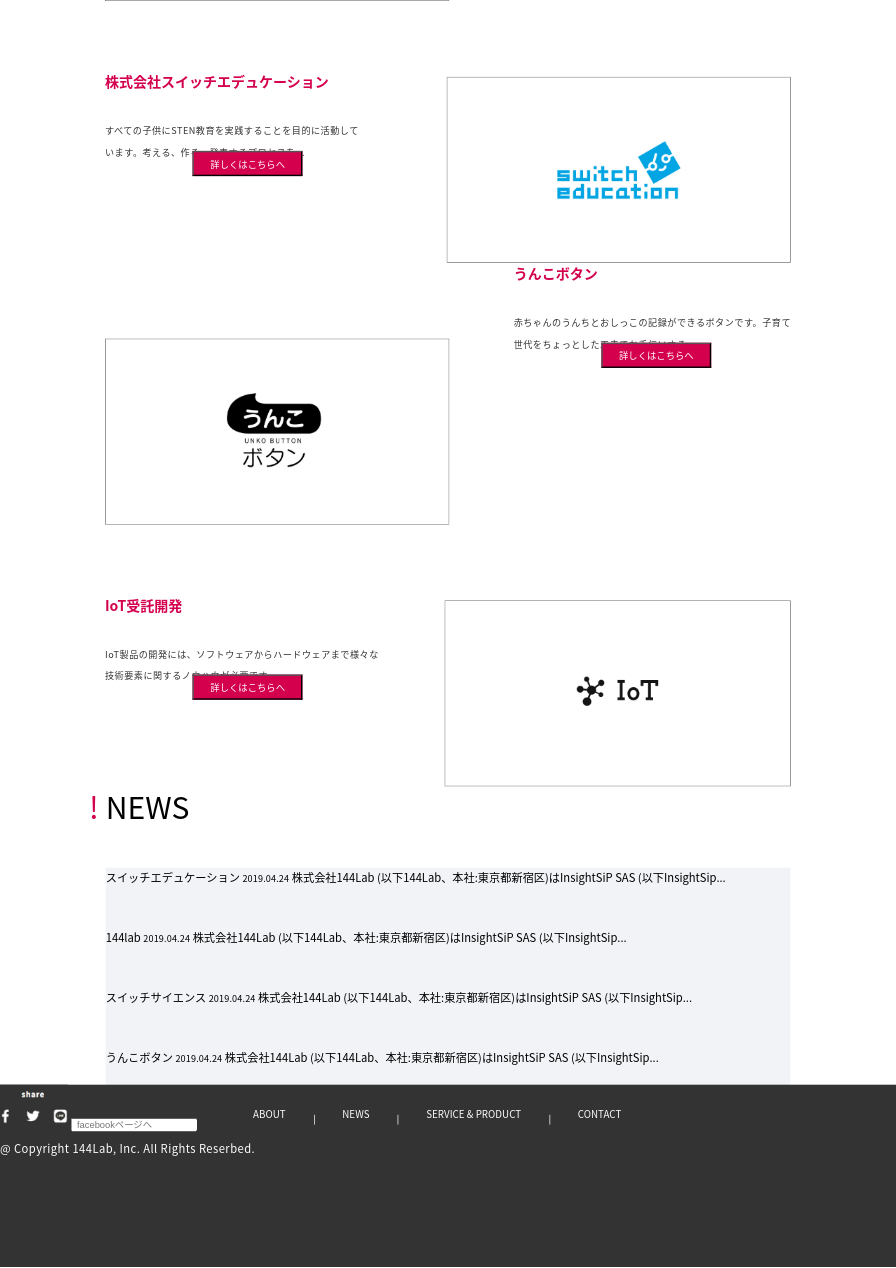
Repository: ppmp556/light-up
Page: index.html
An editor plug-in stored every save of this project. The page is shown before and after the next save, followed by the edit.
The browser window is 1280 px wide. The pictures show the part of the page from y = 1751 to 3671 px (the page is 3562 px tall before and 3671 px after), at 70% of full size.

Above is the page before, as saved 2019-12-09 22:39:41.

### index.html
<!DOCTYPE html>
<html lang="ja">
    <head>
        <meta charset="UTF-8">
        <meta name="viewport" content="width=device-width, initial-scale=1.0">
        <link rel="stylesheet" href="main.css/main.css"  type="text/css">
        <link rel="img" href="images">
        <title>模写</title>
    </head>
    <body>
        <header class="header">
                <img id="greenbox" src="images/グループ 127.png">
                <img id="small-redbox" src="images/グループ 152.png">
                <img id="redboxs" src="images/グループ 148.png">
                <img id="small-yellowbox" src="images/グループ 149.png">
                <img id="gray-boxs" src="images/グループ 150.png">
                <img id="middle-redbox" src="images/グループ 151.png">
                <img id="big-redbox" src="images/グループ 153.png">
                <img id="graybox" src="images/グループ 147.png">
                <nav class="global-nav">

                        <img class="nav-logo" src="images/yEVqXX.png">
                        <ul class="nav-itembox">
                            <li><a href="#">ABOUT<br><span class="small">企業情報</span></a></li>
                            <li><a href="#">NEWS<br><span class="small">ニュース</span></a></li>
                            <li><a href="#">SERVICE & PRODUCT<br><span class="small">サービス&製品情報</span></a></li>
                            <li><a href="#">CONTACT<br><span class="small">お問い合わせ</span></a></li>
                        </ul>
                </nav>

                    <h1 class="site-title"><a href="#">Light Up  <br>Your <br>Science </a></h1>
                    <p class="site-title-sub">- 科学をともそう -<br>
                                                <span class="small2">イチヨンヨンラボ</span></p>

        </header>
             <div class="about">
              <div class="about-container">
                <h2 class="about-title">ABOUT</h2>
                <div class="about-box">
                                    <p class="about-text">私たちの社会は、10年前、100年前、あるいは1000年前よりも確実に進化しています。科学こそが社会を進化させ、幸せを
                                        つくり出したのだと信じています。科学は与えられるものではなく、私たち自身が開拓し、進化させていくものです。144Labは、
                                        科学に触れ、さらなる開拓と進化に参加する人々を、ちょっとだけお手伝いします。
                                    </p>
                 </div>
                 <button class="redbutton">企業情報</button>
                </div>
            </div>

            <div class="product">
                <div class="product-title">SERVICE & PRODUCT</div>
                <ul class="product-wrapper">
                        <li class="product-box">
                            <img class="product-image-switch" src="images/logo-switch_science.png">
                            <div class="product-red">株式会社スイッチサイエンス
                                <p class="product-text">
                                    最先端のテクノロジーを、より多くの人々が道具として当たり<br>
                                    前に使える世界を目指して活動しています...
                                </p>
                                <button class="redbutton2">詳しくはこちらへ</button>
                            </div>
                        </li>
                        <li class="product-box">
                            <img class="product-image-education" src="images/logo-switch_education.png">
                            <div class="product-red2">株式会社スイッチエデュケーション
                            <p class="product-text">

                                すべての子供にSTEN教育を実践することを目的に活動して<br>
                                います。考える、作る、発表するプロセスを...

                            </p>
                            <button class="redbutton2">詳しくはこちらへ</button>
                            </div>
                        </li>
                        <li class="product-box">
                            <img class="product-image-fit" src="images/main_3648.fit-scale.png">
                            <div class="product-red">うんこボタン
                            <p class="product-text">
                                赤ちゃんのうんちとおしっこの記録ができるボタンです。子育て<br>
                                世代をちょっとした工夫でお手伝いする...
                            </p>
                            <button class="redbutton2">詳しくはこちらへ</button>
                           </div>
                        </li>
                        <li class="product-box">
                            <img class="product-image-iot" src="images/グループ 183.png" alt="">
                            <div class="product-red2">IoT受託開発
                            <p class="product-text">
                                IoT製品の開発には、ソフトウェアからハードウェアまで様々な<br>
                                技術要素に関するノウハウが必要です...

                            </p>
                            <button class="redbutton2">詳しくはこちらへ</button>
                            </div>
                        </li>
                </ul>
        </div>
        <div class="news">
                <div class="news-title">NEWS</div>
                <ul class="list">
                    <li class="list-item">
                        <span class="category-education">スイッチエデュケーション</span>
                        <time class="date">2019.04.24</time>
                        <span class="title">株式会社144Lab (以下144Lab、本社:東京都新宿区)はInsightSiP SAS (以下InsightSip...</span>
                    </li>
                    <li class="list-item">
                        <span class="category-lab">144lab</span>
                        <time class="date">2019.04.24</time>
                        <span class="title">株式会社144Lab (以下144Lab、本社:東京都新宿区)はInsightSiP SAS (以下InsightSip...</span>
                    </li>
                    <li class="list-item">
                        <span class="category-sience">スイッチサイエンス</span>
                        <time class="date">2019.04.24</time>
                        <span class="title">株式会社144Lab (以下144Lab、本社:東京都新宿区)はInsightSiP SAS (以下InsightSip...</span>
                    </li>
                    <li class="list-item">
                        <span class="category-fit">うんこボタン</span>
                        <time class="date">2019.04.24</time>
                        <span class="title">株式会社144Lab (以下144Lab、本社:東京都新宿区)はInsightSiP SAS (以下InsightSip...</span>
                    </li>
                </ul>
        </div>
        <footer class="footer">
                <ul class="footer-itembox">
                    <li>ABOUT</li>
                    <li>NEWS</li>
                    <li>SERVICE & PRODUCT</li>
                    <li>CONTACT</li>
                </ul>
              <div class="share-search">
                <img class="share-logo" src="images/logo-kamome_engineering.png" alt="">
                <input class="search-input" type="text" name="search" placeholder="  facebookページへ">
                <p class="copyright">@ Copyright 144Lab, Inc. All Rights Reserbed.</p>
            </div>
            </footer>
    </body>
</html>

### main.css/main.css
/*CSS共通*/
@charset "UTF-8";



html, body, div, span, applet, object, iframe,
h1, h2, h3, h4, h5, h6, p, blockquote, pre,
a, abbr, acronym, address, big, cite, code,
del, dfn, em, img, ins, kbd, q, s, samp,
small, strike, strong, sub, sup, tt, var,
b, u, i, center,
dl, dt, dd, ol, ul, li,
fieldset, form, label, legend,
table, caption, tbody, tfoot, thead, tr, th, td,
article, aside, canvas, details, embed,
figure, figcaption, footer, header, hgroup,
menu, nav, output, ruby, section, summary,
time, mark, audio, video,img {
	margin: 0;
	padding: 0;
	border: 0;
	font-style:normal;
	font-weight: normal;
	font-size: 100%;
	vertical-align: baseline;
}
article, aside, details, figcaption, figure,
footer, header, hgroup, menu, nav, section {
	display: block;
}
html{overflow-y: scroll;}
blockquote, q {quotes: none;}
blockquote:before, blockquote:after,q:before, q:after {content: ''; content: none;}
input, textarea {margin: 0; padding: 0;}
ol, ul{list-style:none;}
table{border-collapse: collapse; border-spacing:0;}
caption, th{text-align: left;}
a:focus {outline:none;}

body {
    color: #000000;
    background-color: #ffffff;
    font-family: "Noto Sans CJK JP";
    width: 1280px;
    margin-right: auto;
    margin-left : auto;
}

*,*::before, *::after {
    box-sizing: border-box;
}

a:link, a:visited, a:hover, a:active { /*テキストデフォルト下線外し*/
    text-decoration: none;
}


/*css共通ここまで*/

/*オブジェクト*/

#greenbox {
    position: absolute;
    top: -176px;
    left: 150px;
    opacity: 5;

}
#small-redbox {
    position: absolute;
    top: 255.2px;
    left: 603.2px;
}
#redboxs {
   position: absolute;
   top: 222.31px;
   left: 372.97px;

}

#small-yellowbox {
    position: absolute;
    top: 599.7px;
    left: 832.48px;
}
#gray-boxs {
    position: absolute;
    top: 124.2px;
    left: 881.85px;
}
#middle-redbox {
    position: absolute;
    top: 205.6px;
    left: 452.24px;

}
#big-redbox {
    position: absolute;
    top: 266.3px;
    left: 532.3px;
}
#graybox {
    top: 604.4px;
    left: 77.1px;
    position: absolute;
}

/*オブジェクトここまで*/

/*header*/
.header {
    position: relative;
    max-width: 1280px;
    height: 793px;
    background-color: #ffffff;
    text-align: center;
    margin: 0 150px;
}

    /*サイトタイトル*/
    .site-title {
        position: absolute;
        top: 209.5px;
        text-align: left;
        font-size: 76px;
        font-family: 'ITC Avant Garde Gothic';
        line-height: 1.14;
        letter-spacing: 0.075em;
    }
    .site-title a {
        text-decoration: none;
        color: #d4004e;
    }
    /*サイトタイトルここまで*/
    /*サイトサブタイトル*/
    .site-title-sub {
        color: #d4004e;
        position: absolute;
        font-weight: bold;
        font-size: 16px;
        line-height: 1.875;
        letter-spacing: 0.4em;

        top: 507px;
        left: 5px;
    }

    .small2 {
        font-size: 12px;
        font-weight: bold;
        letter-spacing: 0.4em;
        line-height: 2.5px;
    }
    /*サイトサブタイトルここまで*/

/*グローバルナビゲーション*/
.global-nav { /*ナビ大枠*/
    position: relative;
    top: 59px;
    width: 974.5px;
    height: 77px;
    background-color: #ffffff;
    margin: 20px;
    box-shadow: 4px 4px 1px rgba(0, 0, 0, 0.16);
    box-sizing: border-box;
}


.nav-logo { /*ナビのロゴ*/
    width: 168px;
    height: 34px;
    position: absolute;
    top: 21px;
    left: 37px;
}

.nav-itembox { /*ナビメニュー*/
    position: absolute;
    display: flex;
    width: 607px;
    height: 35px;
    top: 21px;
    left:  321px;
    padding: 0;
    margin: 0;
}

.nav-itembox li { /*ナビテキスト*/
    list-style: none;
    text-align: center;
    font-size: 14px;
    font-weight: normal;
    line-height: 1.5;
    flex-grow: 1; /*flexの余白分配比率指定*/
}

.nav-itembox  li + li:before { /*ナビの短い縦線,隣接セレクタ,疑似要素*/

    border-left: 1px solid #000000;
    position: absolute;
    display: block;
    content: "";
    top: 50%; /*縦方向に50%*/
    height: 14px;
    margin-top: -7px;

}

.small {
    font-size: 10px;


}


/*グローバルナビゲーションここまで*/

/*アバウトここから*/
.about {
    width: 1280px;
    height: 558px;
    position: relative;

}

.about-container {
    top: 107.1px;
    right: 151px;
    width: 977.95px;
    height: 332.28px;
    position: absolute;
}

.about-box {
    width: 953.95px;
    height: 282.5px;
    padding: 66px 55px 62.5px 66px;
    background-color: #f2f3f7;


}

.about-title {
    position: relative;
    font-size: 43px;
    line-height: 1.3;
    width: 137px;
    height: 57px;
    top: 36px;
}
.about-title::before {
    width: 9px;
    height: 60.41px;
    content: "! ";
    color: #D4004E;
    position: absolute;
    left: -23.9px;

}

.about-text {
    text-align: left;
    background-color: #f2f3f7;
    font-size: 17px;
    letter-spacing: 0.02em;
    line-height: 2.35;
    width: 833px;
    height: 154px;
}

button {
    background-color: #D4004E;
    color: #ffffff;
    font-family: "Noto Sans CJK JP";
}

.redbutton { /*赤ボタン大枠*/
    position: relative;
    font-size: 13px bold;

    justify-content: center;
    align-items: center;

    line-height: 1.3;
    left: 410.82px;
    width: 157.12px;
    height: 35.8px;
    display: inline-block;

    top: -17.9px;

}
.redbutton::before { /*疑似要素*/
    content: '';
    width: 5.31px;
    height: 5.31px;
    border-top: solid 1px #ffffff;
    border-right: solid 1px #ffffff;
    transform: rotate(45deg);/*rotateで要素回転指定,角度deg: 45°*/
    position: absolute;
    top: 50%;
    left: 139.9px;
}

/*アバウトここまで*/

/*プロダクトここから*/

.product { /*プロダクト大枠*/
    position: relative;
    width: 980px;
    height: 1430.28px;
    left: 150px;


}
.product-title { /*プロダクトタイトル*/
    position: relative;
    font-size: 43px;
    line-height: 1.3;
    margin-bottom: 60px;

}

.product-title::before { /*疑似要素*/
    width: 9px;
    height: 60.41px;
    content: "! ";
    color: #D4004E;
    position: absolute;
    left: -23.9px;

}

.product-wrapper {
    list-style: none;
}

.product-box {
    display: flex;
    justify-content: space-between;
}


li.product-box:nth-child(even) {
    flex-direction: row-reverse;
}
/*スイッチサイエンス*/
.product-image-switch {
    border: 1px solid #707070;
    background-color: #ffffff;
    padding: 74px 106px 75.6px 117px;
}
/*スイッチエデュケーション*/
.product-image-education {
    border: 1px solid #707070;
    background-color: #ffffff;
    margin-top: 107.6px;
    padding: 72px 105px;
}
/*うんこボタン*/
.product-image-fit {
    border: 1px solid #707070;
    background-color: #ffffff;
    margin-top: 107.6px;
    padding: 74px 106px 75.6px 117px;
}
/*IoT受託開発*/
.product-image-iot {
    border: 1px solid #707070;
    background-color: #ffffff;
    margin-top: 107.6px;
    padding: 108.1px 188.4px 114.1px 187.3px;

}

/*プロダクト会社名*/
.product-red {
    position: relative;
    color: #D4004E;
    font-size: 20px;
    font-weight: bold;
    flex-direction: column;


}
.product-red2 {
    color: #D4004E;
    font-size: 20px;
    font-weight: bold;
    flex-direction: column;
    padding-top: 100px;
}


.product-text {
    color: #333333;
    font-size: 13px;
    letter-spacing: 0.055em;
    line-height: 2.38;
    margin-top: 41px;
    text-align: left;
}


.redbutton2 { /*product用赤ボタン大枠*/
    position: relative;
    font-size: 13px bold;
    display: inline-block;
    align-items: center;

    line-height: 1.3;
    left: 125.3px;
    width: 157.12px;
    height: 35.8px;

    top: -17.9px;
    margin-top: auto;

}

.redbutton::before { /*疑似要素*/
    content: '';
    width: 5.31px;
    height: 5.31px;
    border-top: solid 1px #ffffff;
    border-right: solid 1px #ffffff;
    transform: rotate(45deg);/*rotateで要素回転指定,角度deg: 45°*/
    position: absolute;
    top: 50%;
    left: 139.9px;
}


/*プロダクトここまで*/
/*newsここから*/
.news { /*news大枠*/
    position: relative;
    width: 978px;
    height: 499.28px;
    left: 151px;
    top: 73.6px;
}


.news-title { /*プロダクトタイトル*/
    position: relative;
    font-size: 43px;
    line-height: 1.3;
    margin-bottom: 60px;

}

.news-title::before { /*疑似要素*/
    width: 9px;
    height: 60.41px;
    content: "! ";
    color: #D4004E;
    position: absolute;
    left: -23.9px;

}

.list{
    background: #f2f3f7;
    border: #707070;
    list-style: none;
}
.list-item {
    height: 86px;

}
.list .date {
    width: 76px;
    height: 19px;
    font-size: 13px;
    letter-spacing: 0.015em;
    line-height: 2.38;
}

/*newsここまで*/


/*footerここから*/
.footer {
    position: relative;
    width: 100%;
    height: 261px;
    background-color: #333333;
    bottom: 0;

}

.footer-nav { /*フッターナビ大枠*/
    position: relative;
    width: 435px;
    height: 16.32px;
    box-sizing: border-box;
}



.footer-itembox { /*フッターナビメニュー*/
    position: absolute;
    display: flex;
    width: 607px;
    height: 35px;
    top: 32.9px;
    left:  321px;
    padding: 0;
    margin: 0;
    color: #ffffff;
}

.footer-itembox li { /*フッターナビテキスト*/
    list-style: none;
    text-align: center;
    font-size: 14px;
    font-weight: normal;
    line-height: 1.5;
    flex-grow: 1; /*flexの余白分配比率指定*/
}

.footer-itembox  li + li:before { /*フッターナビの短い縦線,隣接セレクタ,疑似要素*/

    border-left: 1px solid #ffffff;
    position: absolute;
    display: block;
    content: "";
    top: 50%; /*縦方向に50%*/
    height: 14px;
    margin-top: -7px;

}



.copyright{ /*コピーライト*/
    font-size: 9px bold;
    color: #ffffff;
    line-height: 3.1;
    letter-spacing: 0.040em;
    position: relative;
}

/*footerここまで*/

After the next save:
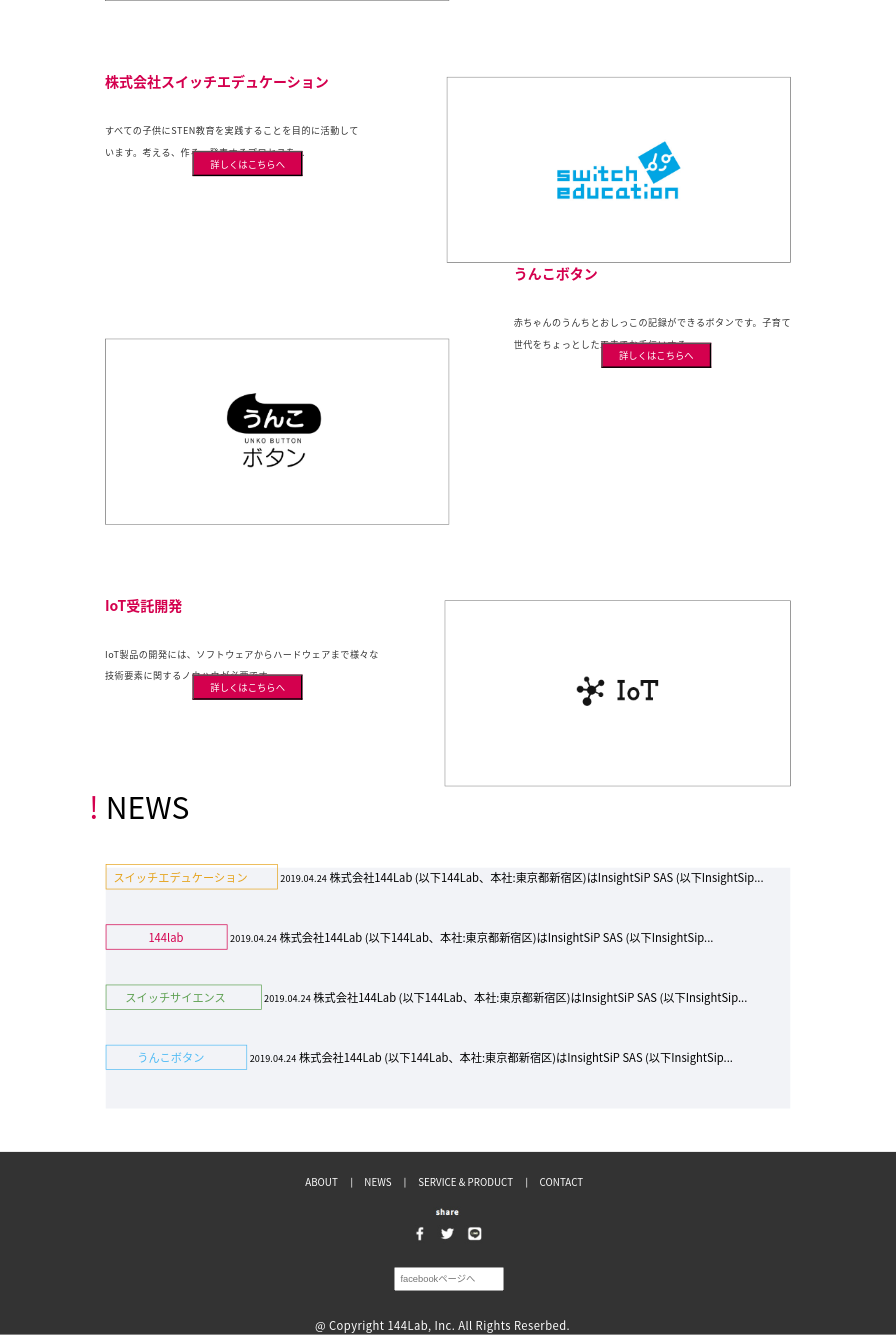
Saved 20 min 46 s later.
--- a/main.css/main.css
+++ b/main.css/main.css
@@ -440,6 +440,7 @@
     height: 499.28px;
     left: 151px;
     top: 73.6px;
+    margin-bottom: 96.6px;
 }
 
 
@@ -478,6 +479,28 @@
     line-height: 2.38;
 }
 
+span.category-education {
+    border: 1px solid #e5a31c;
+    padding: 5px 42px 5px 10px;
+    color: #e5a31c;
+}
+span.category-lab {
+    border: 1px solid #d4004e;
+    padding: 5px 62px 5px 60px;
+    color: #d4004e;
+}
+span.category-sience {
+    border: 1px solid #5fa153;
+    padding: 5px 50px 5px 27px;
+    color: #5fa153;
+}
+span.category-fit {
+    border: 1px solid #50bbf4;
+    padding: 5px 60px 5px 44px;
+    color: #50bbf4;
+}
+
+
 /*newsここまで*/
 
 
@@ -491,25 +514,17 @@
 
 }
 
-.footer-nav { /*フッターナビ大枠*/
-    position: relative;
+
+
+.footer-itembox { /*フッターナビメニュー*/
+    position: relative;
+    display: flex;
+    left:0px;
+    top: 32.9px;
+    color: #ffffff;
+    box-sizing: border-box;
     width: 435px;
-    height: 16.32px;
-    box-sizing: border-box;
-}
-
-
-
-.footer-itembox { /*フッターナビメニュー*/
-    position: absolute;
-    display: flex;
-    width: 607px;
-    height: 35px;
-    top: 32.9px;
-    left:  321px;
-    padding: 0;
-    margin: 0;
-    color: #ffffff;
+    left: 417px;
 }
 
 .footer-itembox li { /*フッターナビテキスト*/
@@ -533,14 +548,38 @@
 
 }
 
-
-
-.copyright{ /*コピーライト*/
+.share-search {
+    position: relative;
+
+}
+.share-logo {
+    position: relative;
+    top: 50.9px;
+    left: 592px;
+}
+
+.search-input {
+    position: relative;
+    width: 157.12px;
+    height: 35.8px;
+    top: 102.9px;
+    left: 462px;
+}
+
+
+
+
+.copyright { /*コピーライト*/
     font-size: 9px bold;
     color: #ffffff;
     line-height: 3.1;
     letter-spacing: 0.040em;
-    position: relative;
+    position: absolute;
+    top: 170.9px;
+    left: 450px;
+    margin-top: 32.2px;
+    margin-bottom: 28.9px;
+
 }
 
 /*footerここまで*/
